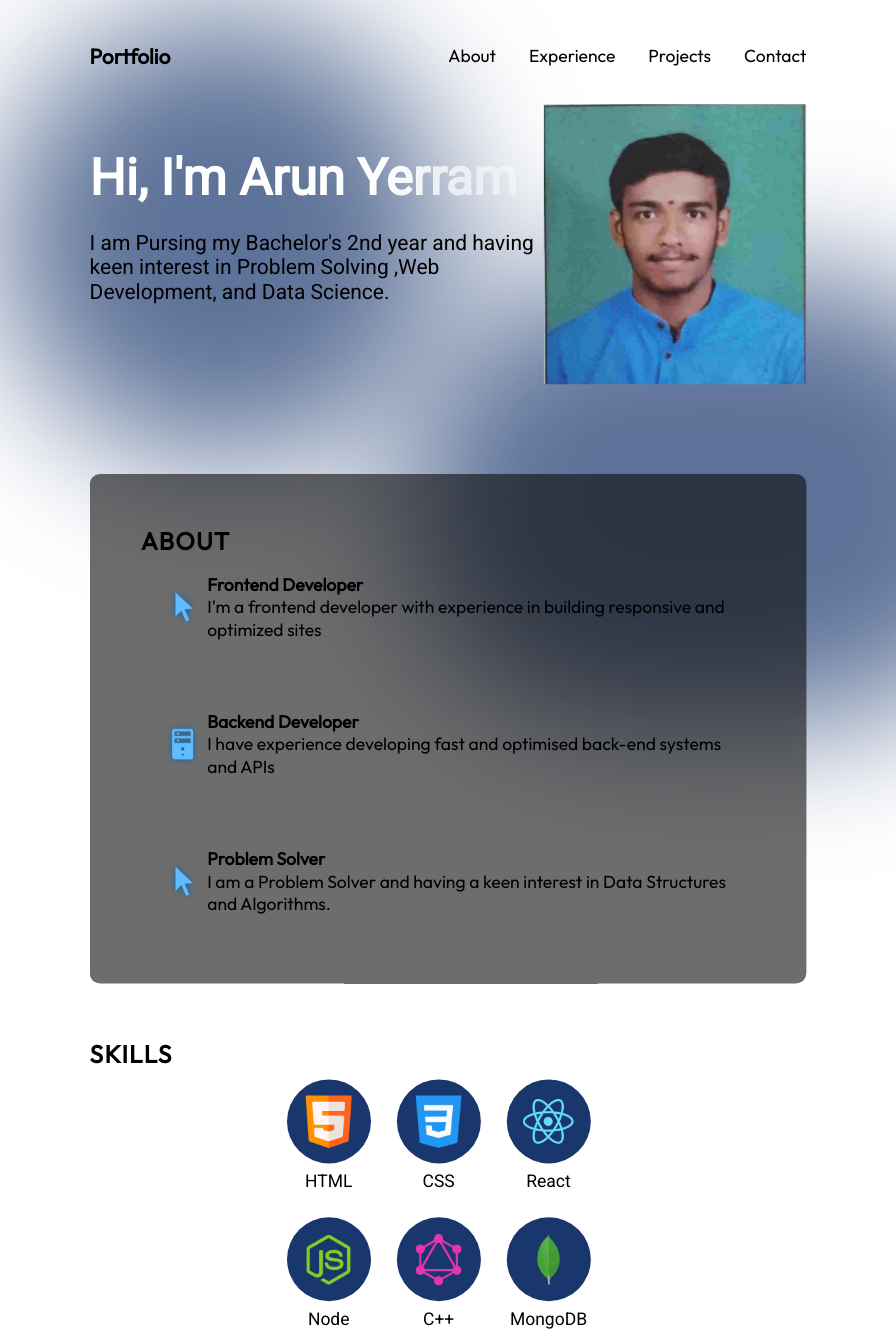
Repository: ARUN-YERRAM/Arun-Yerram-s-Portfolio-Website
Page: /
The author's editor kept a copy of each file at every save. The page is drawn from the files as they stood at one save, then again after the next save.
The browser window is 1280 px wide. The pictures show the part of the page from y = 0 to 1920 px (the page is 3466 px tall before and 3445 px after), at 70% of full size.
The project was rebuilt for these pictures with package versions that can differ from the ones it lists, and the page was loaded fresh each time. Also part of the build but not shown: vite.config.js.

Above is the page before, as saved 2024-07-07 00:28:47.

### index.html
<!DOCTYPE html>
<html lang="en">
  <head>
    <meta charset="UTF-8" />
    <link rel="icon" type="image/png" href="/Passport1.jpg" />
    <meta name="viewport" content="width=device-width, initial-scale=1.0" />
    <title>Arun Yerram's Portfolio</title>
  </head>
  <body>
    <div id="root"></div>
    <script type="module" src="./docs/src/main.jsx"></script>
  </body>
</html>

### docs/src/main.jsx
// import React from "react";
// import ReactDOM from "react-dom/client";
// import App from "./App.jsx";
// import "./index.css";

// import "@fontsource/outfit";
// import "@fontsource/roboto";

// ReactDOM.createRoot(document.getElementById("root")).render(
//   <React.StrictMode>
//     <App />
//   </React.StrictMode>
// );


import React from 'react';
import ReactDOM from 'react-dom/client';
import App from './App.jsx';
import './index.css'; // Ensure this file exists in docs/src
import '@fontsource/outfit';
import '@fontsource/roboto';

const root = ReactDOM.createRoot(document.getElementById('root'));
root.render(<App />);

### docs/src/App.jsx
import React, { useState } from 'react';
import styles from './App.module.css';
import { About } from '../components/About/About';
import { CodingProfiles } from '../components/CodingProfiles/CodingProfiles';
import { Contact } from '../components/Contact/Contact';
import { Experience } from '../components/Experience/Experience';
import { Hero } from '../components/Hero/Hero';
import { Navbar } from '../components/Navbar/Navbar';
import { Projects } from '../components/Projects/Projects';

const App = () => {
  const [darkMode, setDarkMode] = useState(false);

  const toggleDarkMode = () => {
    setDarkMode(!darkMode);
    document.body.classList.toggle('dark-mode'); // Toggle dark-mode class on body
  };

  return (
    <div className={`${styles.App} ${darkMode ? styles.darkMode : ''}`}>
      <Navbar />
      <Hero />
      <About />
      <Experience />
      <Projects />
      <CodingProfiles />
      <Contact />
      <button className={styles.darkModeToggle} onClick={toggleDarkMode}>
        {darkMode ? 'Light Mode' : 'Dark Mode'}
      </button>
    </div>
  );
};

export default App;

### docs/src/App.module.css

/* styles.css */
@import '../vars.css';

.App {
  background: var(--color-fancy-bg-dark);
  width: 100%;
  height: 100%;
  overflow: hidden;
}

/* Global styles */
body {
  font-family: Arial, sans-serif;
  background-color: var(--color-light-bg); /* Light mode background */
  color: var(--color-text); /* Text color */
  transition: background-color 0.3s ease, color 0.3s ease; /* Smooth transition */
}

/* Dark mode */
body.dark-mode {
  background-color: var(--color-dark-bg); /* Dark mode background */
  color: var(--color-text-light); /* Light text color */
}

/* Example component styling */
.container {
  background-color: var(--color-primary); /* Component background */
  color: var(--color-text); /* Component text color */
  padding: 20px;
  border-radius: 10px;
  box-shadow: 0 4px 8px rgba(0, 0, 0, 0.1);
  transition: background-color 0.3s ease, color 0.3s ease; /* Smooth transition */
}

.container.dark-mode {
  background-color: var(--color-secondary); /* Dark mode component background */
  color: var(--color-text-light); /* Light text color */
}

### docs/components/About/About.jsx
import React from "react";

import styles from "./About.module.css";
import { getImageUrl } from "../../utils";

export const About = () => {
  return (
    <section className={styles.container} id="about">
      <h2 className={styles.title}>About</h2>
      <div className={styles.content}>
        {/* <img
          src={getImageUrl("about/aboutImage.png")}
          alt="Me sitting with a laptop"
          className={styles.aboutImage}
        /> */}
        <ul className={styles.aboutItems}>
          <li className={styles.aboutItem}>
            <img src={getImageUrl("about/cursorIcon.png")} alt="Cursor icon" />
            <div className={styles.aboutItemText}>
              <h3>Frontend Developer</h3>
              <p>
                I'm a frontend developer with experience in building responsive
                and optimized sites
              </p>
            </div>
          </li>

          <li className={styles.aboutItem}>
            <img src={getImageUrl("about/serverIcon.png")} alt="Server icon" />
            <div className={styles.aboutItemText}>
              <h3>Backend Developer</h3>
              <p>
                I have experience developing fast and optimised back-end systems
                and APIs
              </p>
            </div>
          </li>

          <li className={styles.aboutItem}>
            <img src={getImageUrl("about/cursorIcon.png")} alt="UI icon" />
            <div className={styles.aboutItemText}>
              {/* <h3>UI Designer</h3> */}
              <h3>Problem Solver</h3>
              <p>
                {/* I have designed multiple landing pages and have created design */}
                {/* systems as well */}
                I am a Problem Solver and having a keen interest in Data Structures and Algorithms.
              </p>
            </div>
          </li>

        </ul>
      </div>
    </section>
  );
};

### docs/components/CodingProfiles/CodingProfiles.jsx
import React from "react";
import styles from "./CodingProfiles.module.css";
import profiles from "../../data/codingprofiles.json";

export const CodingProfiles = () => {
  return (
    <section className={`${styles.container} ${styles.animatedBackground}`}>
      <div className={styles.content}>
        <h2 className={styles.title}>Coding Profiles</h2>
        <p className={styles.description}>
          Check out my coding profiles on various platforms!
        </p>
      </div>
      <ul className={styles.links}>
        {profiles.map((profile, id) => (
          <li key={id} className={styles.link}>
            <a href={profile.url} target="_blank" rel="noopener noreferrer">
              {profile.name}
            </a>
          </li>
        ))}
      </ul>
    </section>
  );
};

### docs/components/Contact/Contact.jsx
import React from "react";

import styles from "./Contact.module.css";
import { getImageUrl } from "../../utils";

export const Contact = () => {
  return (
    <footer id="contact" className={styles.container}>
      <div className={styles.text}>
        <h2>Contact</h2>
        <p>Feel free to reach out!</p>
      </div>
      <ul className={styles.links}>
        <li className={styles.link}>
          <img src={getImageUrl("contact/emailIcon.png")} alt="Email icon" />
          <a href="">arunyerram12022005@gmail.com</a>
        </li>
        <li className={styles.link}>
          <img
            src={getImageUrl("contact/linkedinIcon.png")}
            alt="LinkedIn icon"
          />
          <a href="https://www.linkedin.com/in/arun-yerram/">linkedin.com/ArunYerram</a>
        </li>
        <li className={styles.link}>
          <img src={getImageUrl("contact/githubIcon.png")} alt="Github icon" />
          <a href="https://github.com/ARUN-YERRAM">github.com/ArunYerram</a>
        </li>
      </ul>
    </footer>
  );
};

### docs/components/Experience/Experience.jsx
import React from "react";

import styles from "./Experience.module.css";
import skills from "../../data/skills.json";
import history from "../../data/history.json";
import { getImageUrl } from "../../utils";

export const Experience = () => {
  return (
    <section className={styles.container} id="experience">
      <h2 className={styles.title}>Skills</h2>
      <div className={styles.content}>
        <div className={styles.skills}>
          {skills.map((skill, id) => {
            return (
              <div key={id} className={styles.skill}>
                <div className={styles.skillImageContainer}>
                  <img src={getImageUrl(skill.imageSrc)} alt={skill.title} />
                </div>
                <p>{skill.title}</p>
              </div>
            );
          })}
        </div>

      </div>
    </section>
  );
};

### docs/components/Hero/Hero.jsx
import React from "react";

import styles from "./Hero.module.css";
import { getImageUrl } from "../../utils";


export const Hero = () => {
  return (
    <section className={styles.container}>
      <div className={styles.content}>
        <h1 className={styles.title}>Hi, I'm Arun Yerram</h1>
        <p className={styles.description}>
          {/* I'm a full-stack developer with 5 years of experience using React and */}
          {/* NodeJS. Reach out if you'd like to learn more! */}
          I am Pursing my Bachelor's 2nd year and having keen interest in Problem Solving ,Web Development, and Data Science.

        </p>
        {/* <a href="mailto:arunyerram12022005@email.com" className={styles.contactBtn}>
          Contact Me
        </a> */}
      </div>
      <img
        src={getImageUrl("hero/Passport1.jpg")}
        alt="Hero image of me"
        className={styles.heroImg}
        width="50px"
        height="400px"
      />
      <div className={styles.topBlur} />
      <div className={styles.bottomBlur} />
    </section>
  );
};

### docs/components/Navbar/Navbar.jsx
import React, { useState } from "react";

import styles from "./Navbar.module.css";
import { getImageUrl } from "../../utils";

export const Navbar = () => {
  const [menuOpen, setMenuOpen] = useState(false);

  return (
    <nav className={styles.navbar}>
      <a className={styles.title} href="/">
        Portfolio
      </a>
      <div className={styles.menu}>
        <img
          className={styles.menuBtn}
          src={
            menuOpen
              ? getImageUrl("nav/closeIcon.png")
              : getImageUrl("nav/menuIcon.png")
          }
          alt="menu-button"
          onClick={() => setMenuOpen(!menuOpen)}
        />
        <ul
          className={`${styles.menuItems} ${menuOpen && styles.menuOpen}`}
          onClick={() => setMenuOpen(false)}
        >
          <li>
            <a href="#about">About</a>
          </li>
          <li>
            <a href="#experience">Experience</a>
          </li>
          <li>
            <a href="#projects">Projects</a>
          </li>
          <li>
            <a href="#contact">Contact</a>
          </li>
        </ul>
      </div>
    </nav>
  );
};

### docs/vars.css
/* vars.css */
:root {
  /* Light Theme */
  --color-text: #000;
  --color-primary: #576cbc;
  --color-secondary: #19376d;
  --color-dark: #0b2447;
  --color-bg: #fff; /* Light background */

  /* Fonts */
  --font-roboto: "Roboto";
}

[data-theme='dark'] {
  /* Dark Theme */
  --color-text: #fff;
  --color-primary: #576cbc;
  --color-secondary: #19376d;
  --color-dark: #0b2447;
  --color-bg: #3e2723; /* Dark brown background */
}

### docs/components/About/About.module.css
/* @import ".../vars.css"; */
@import '../../vars.css';

.container {
  position: relative;
  background-color: rgba(12, 12, 12, 0.6);
  border-radius: 15px;
  padding: 73px;
  margin-top: 129px;
  z-index: 1;
  margin-left: 10%;
  margin-right: 10%;
  transition: background-color 0.4s ease-in-out; /* Smooth transition for background color */
}

.title {
  color: var(--color-text);
  font-size: 35px;
  font-weight: 700;
  letter-spacing: 1.75px;
  text-transform: uppercase;
}

.content {
  display: flex;
  flex-direction: row;
  align-items: center;
}

.aboutImage {
  width: 35%;
}

.aboutItems {
  color: var(--color-text);
  display: flex;
  flex-direction: column;
  gap: 50px;
}

.aboutItem {
  display: flex;
  flex-direction: row;
  align-items: center;
  border-radius: 20px;
  list-style: none;
  padding: 25px;
  background-image: linear-gradient(
    90deg,
    rgba(165, 215, 232, 0.42) 0%,
    rgba(255, 255, 255, 0) 100%
  );
  background-size: 0 100%;
  background-repeat: no-repeat;
  transition: background-size 0.4s ease-in-out; /* Smooth transition for background size */
}

.aboutItem:hover {
  background-size: 100% 100%;
}

.aboutItem h3 {
  font-size: 25px;
  font-weight: 600;
  transition: color 0.4s ease-in-out; /* Smooth transition for text color */
}

.aboutItem p {
  font-size: 25px;
}

@media screen and (max-width: 830px) {
  .container {
    background-color: transparent;
    padding-left: 0;
    padding-right: 0;
  }

  .content {
    flex-direction: column;
  }

  .aboutImage {
    display: none;
  }

  .aboutItems {
    margin-top: 29px;
  }

  .aboutItem {
    padding-left: 0;
    padding-right: 0;
  }
}

### docs/components/CodingProfiles/CodingProfiles.module.css
/* CodingProfiles.module.css */

.container {
  padding: 20px;
  border-radius: 8px;
  background-color: var(--color-dark); /* Dark background */
}

.content {
  text-align: center;
  margin-bottom: 20px;
  color: var(--color-text); /* Light text */
}

.title {
  font-size: 2em;
  margin-bottom: 10px;
  color: var(--color-text); /* Light text */
}

.description {
  font-size: 1.2em;
  color: var(--color-primary); /* Primary color text */
}

.links {
  list-style: none;
  padding: 0;
  display: flex;
  flex-wrap: wrap;
  justify-content: center;
}

.link {
  margin: 10px;
  font-size: 1.2em;
  color: var(--color-primary); /* Primary color text */
}

.animatedBackground {
  background: linear-gradient(270deg, #3e2723, #4e342e, #3e2723, #4e342e); /* Dark animated background */
  background-size: 400% 400%;
  animation: gradientAnimation 15s ease infinite;
}

@keyframes gradientAnimation {
  0% {
    background-position: 0% 50%;
  }
  50% {
    background-position: 100% 50%;
  }
  100% {
    background-position: 0% 50%;
  }
}

### docs/components/Contact/Contact.module.css
/* @import ".../vars.css"; */
@import '../../vars.css';

.container {
  color: var(--color-text);
  margin-top: 120px;
  background-color: var(--color-secondary);
  display: flex;
  flex-direction: row;
  justify-content: space-evenly;
  width: 100vw;
  padding: 58px 10%;
  gap: 10px;
  transition: background-color 0.3s ease-in-out; /* Smooth background color transition */
}

.text h2 {
  font-size: 80px;
  font-weight: 700;
  letter-spacing: 4px;
  transition: color 0.3s ease-in-out; /* Smooth text color transition */
}

.text p {
  font-size: 40px;
  font-weight: 400;
  letter-spacing: 2px;
  transition: color 0.3s ease-in-out; /* Smooth text color transition */
}

.links {
  display: flex;
  flex-direction: column;
  align-items: flex-start;
  list-style: none;
  gap: 26px;
}

.link {
  display: flex;
  align-items: center;
  gap: 25px;
}

.link a {
  color: var(--color-text);
  text-decoration: none;
  font-size: 30px;
  font-weight: 400;
  letter-spacing: 1.5px;
  transition: color 0.3s ease-in-out; /* Smooth text color transition */
}

.link a:hover {
  color: var(--color-primary); /* Change text color on hover */
}

@media screen and (max-width: 830px) {
  .container {
    flex-direction: column;
    gap: 23px;
    padding: 40px 10%; /* Adjust padding for smaller screens */
  }

  .text {
    display: flex;
    flex-direction: column;
    align-items: center;
  }

  .links {
    align-items: center;
  }
}

### docs/components/Navbar/Navbar.module.css
/* @import ".../vars.css"; */
@import '../../vars.css';

.navbar {
  position: relative;
  display: flex;
  align-items: center;
  justify-content: space-between;
  padding-top: 61px;
  z-index: 2;
  margin: 0 10%;
}

.title {
  font-size: 30px;
  font-weight: 600;
  text-decoration: none;
  color: var(--color-text);
}

.menuBtn {
  display: none;
}

.menu {
  display: flex;
}

.menuItems {
  display: flex;
  gap: 47px;
  list-style: none;
}

.menuItems a {
  font-size: 25px;
  color: var(--color-text);
  text-decoration: none;
  transition: color 0.3s ease-in-out; /* Smooth text color transition */
}

.menuItems a:hover {
  color: var(--color-primary); /* Change text color on hover */
}

@media screen and (max-width: 830px) {
  .navbar {
    flex-direction: column;
    align-items: flex-start;
  }

  .menu {
    position: absolute;
    right: 0;
    margin-right: 10%;
    flex-direction: column;
    align-items: flex-end;
    gap: 11px;
    z-index: 3;
  }

  .menuBtn {
    display: block;
    cursor: pointer;
    z-index: 4;
  }

  .menuItems {
    display: none;
    position: absolute;
    top: 100%;
    right: 10%;
    flex-direction: column;
    align-items: center;
    gap: 13px;
    border-radius: 10px;
    background: rgb(25, 55, 109);
    background: linear-gradient(
      0deg,
      rgba(25, 55, 109, 0.2) 0%,
      rgba(25, 55, 109, 1) 100%
    );
    padding: 24px 33px;
    box-shadow: 0 0 4px 0 rgba(0, 0, 0, 0.25);
    z-index: 2;
    opacity: 0;
    pointer-events: none;
    transition: opacity 0.3s ease-in-out; /* Smooth opacity transition */
  }

  .menuOpen .menuItems {
    display: flex;
    opacity: 1;
    pointer-events: auto;
  }
}

### docs/components/Projects/Projects.module.css
/* @import "../../vars.css"; */
@import '../../vars.css';

.container {
  margin-top: 76px;
  color: var(--color-text);
  margin-left: 10%;
  margin-right: 10%;
}

.title {
  font-size: 35px;
  font-weight: 700;/* @import "../../vars.css"; */
  @import '../../vars.css';

  .container {
    margin-top: 76px;
    color: var(--color-text);
    margin-left: 10%;
    margin-right: 10%;
  }

  .title {
    font-size: 35px;
    font-weight: 700;
    letter-spacing: 1.75px;
    text-transform: uppercase;
    color: var(--color-primary); /* Darken the title color */
  }

  .projects {
    margin-top: 37px;
    display: flex;
    flex-direction: row;
    flex-wrap: wrap;
    align-items: center;
    justify-content: center;
    gap: 15px;
    width: 100%;
  }

  .projectCard {
    background-color: var(--color-secondary); /* Dark background color */
    color: var(--color-text);
    border-radius: 10px;
    padding: 20px;
    width: 300px;
    box-shadow: 0 4px 8px rgba(0, 0, 0, 0.2);
    transition: transform 0.3s ease-in-out, box-shadow 0.3s ease-in-out; /* Smooth transition */
  }

  .projectCard:hover {
    transform: translateY(-5px); /* Lift card on hover */
    box-shadow: 0 8px 16px rgba(0, 0, 0, 0.3); /* Darker shadow on hover */
  }

  .projectTitle {
    font-size: 24px;
    font-weight: 600;
    margin-bottom: 10px;
  }

  .projectDescription {
    font-size: 18px;
    line-height: 1.5;
  }

  .projectLink {
    font-size: 20px;
    color: var(--color-primary); /* Link color */
    text-decoration: none;
    transition: color 0.3s ease-in-out; /* Smooth color transition */
  }

  .projectLink:hover {
    color: var(--color-primary-dark); /* Darker link color on hover */
  }

  letter-spacing: 1.75px;
  text-transform: uppercase;
}

.projects {
  margin-top: 37px;
  display: flex;
  flex-direction: row;
  flex-wrap: wrap;
  align-items: center;
  justify-content: center;
  gap: 15px;
  width: 100%;
}

### docs/components/Projects/ProjectCard.jsx
import React from "react";

import styles from "./ProjectCard.module.css";
import { getImageUrl } from "../../utils";

export const ProjectCard = ({
  project: { title, imageSrc, description, skills, demo, source },
}) => {
  return (
    <div className={styles.container}>
      <img
        src={getImageUrl(imageSrc)}
        alt={`Image of ${title}`}
        className={styles.image}
      />
      <h3 className={styles.title}>{title}</h3>
      <p className={styles.description}>{description}</p>
      <ul className={styles.skills}>
        {skills.map((skill, id) => (
          <li key={id} className={styles.skill}>
            {skill}
          </li>
        ))}
      </ul>
      <div className={styles.links}>
        <a href={demo} className={styles.link} target="_blank" rel="noopener noreferrer">
          Demo
        </a>
        <a href={source} className={styles.link} target="_blank" rel="noopener noreferrer">
          Source
        </a>
      </div>
    </div>
  );
};

### docs/components/Projects/ProjectCard.module.css
/* @import "../../vars.css"; */
@import '../../vars.css';

.container {
  display: flex;
  flex-direction: column;
  border-radius: 10px;
  background: linear-gradient(180deg, #576cbc 0%, #132a53 100%);
  box-shadow: 0 16px 14px 0 #04152d;
  padding: 18px 24px;
  max-width: 345px;
}

.image {
  margin-bottom: 26px;
}

.title {
  font-size: 25px;
  font-weight: 700;
  color: var(--color-text); /* Text color */
}

.description {
  margin-top: 6px;
  font-size: 20px; /* Adjusted font size */
  font-weight: 400;
  color: var(--color-text-light); /* Lighter text color */
}

.skills {
  width: 100%;
  margin-top: 14px;
  display: flex;
  flex-direction: row;
  flex-wrap: wrap;
  gap: 6px;
  list-style: none;
}

.skill {
  font-size: 18px; /* Adjusted font size */
  font-weight: 400;
  border-radius: 100px;
  background: var(--color-primary-dark); /* Darker background */
  padding: 2px 22px;
  color: var(--color-text); /* Text color */
}

.links {
  width: 100%;
  margin-top: 26px;
  display: flex;
  justify-content: space-around;
}

.link {
  text-decoration: none;
  color: var(--color-text); /* Text color */
  font-size: 20px; /* Adjusted font size */
  font-weight: 600;
  border-radius: 100px;
  background: var(--color-secondary); /* Secondary color */
  padding: 1px 22px;
  transition: background-color 0.3s ease-in-out; /* Smooth transition */
}

.link:hover {
  background-color: var(--color-secondary-dark); /* Darker background on hover */
}

Loaded but not shown: docs/src/index.css (common file); docs/components/Projects/Projects.jsx (common file); docs/data/projects.json (18 lines, source omitted); docs/data/skills.json (34 lines, source omitted); docs/data/history.json (29 lines, source omitted); docs/data/codingprofiles.json (20 lines, source omitted); docs/utils.js (7 lines, source omitted); docs/components/Experience/Experience.module.css (138 lines, source omitted); docs/components/Hero/Hero.module.css (125 lines, source omitted)

After the next save:
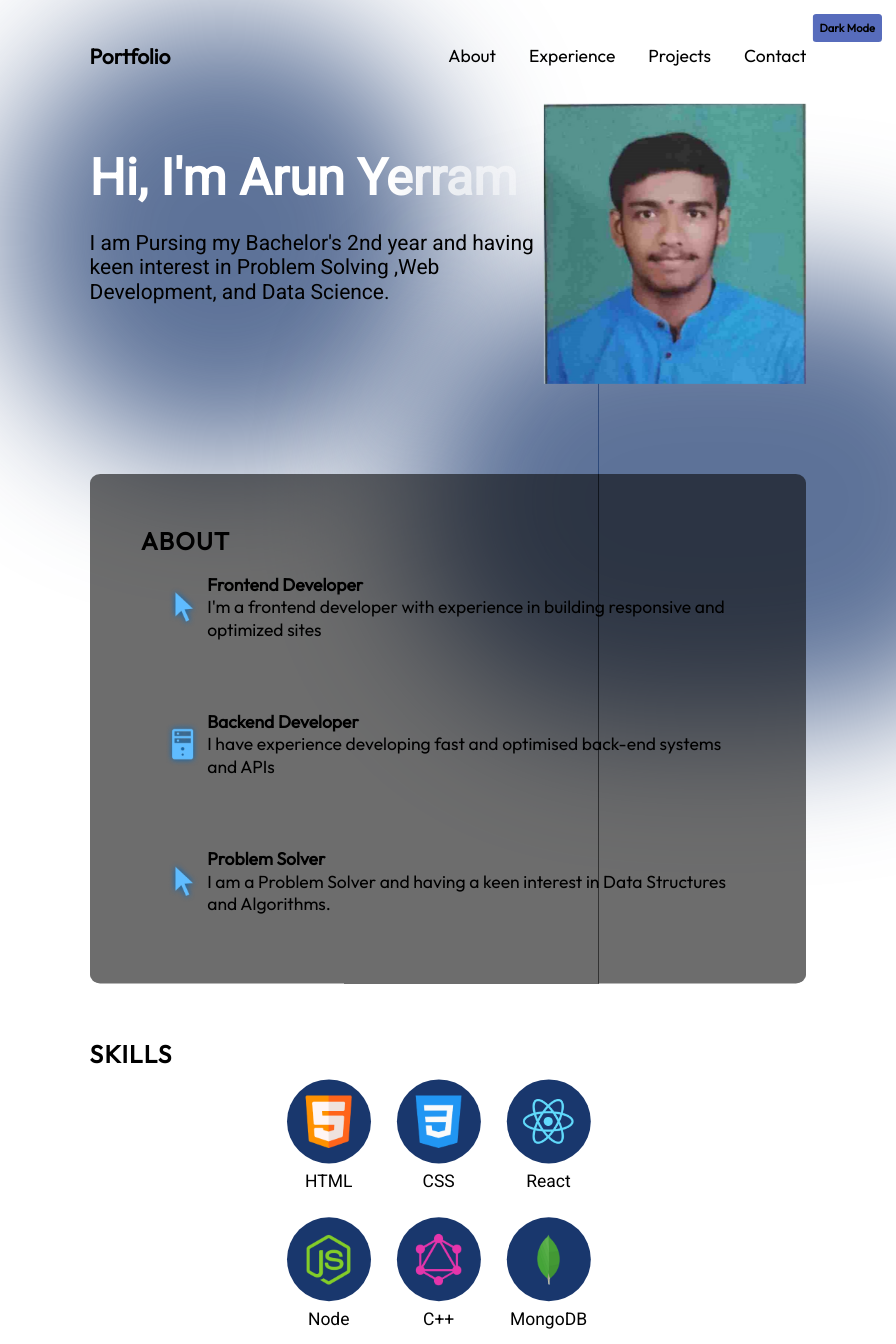
Saved 45 s later.
--- a/docs/src/App.module.css
+++ b/docs/src/App.module.css
@@ -37,3 +37,42 @@
   background-color: var(--color-secondary); /* Dark mode component background */
   color: var(--color-text-light); /* Light text color */
 }
+
+
+/* Import variables */
+@import '../vars.css';
+
+/* Global styles */
+body {
+  font-family: Arial, sans-serif;
+  transition: background-color 0.3s ease, color 0.3s ease; /* Smooth transition */
+}
+
+.App {
+  width: 100%;
+  height: 100%;
+  overflow: hidden;
+}
+
+.darkMode {
+  background-color: var(--color-dark-bg); /* Dark mode background */
+  color: var(--color-text-light); /* Light text color */
+}
+
+.darkModeToggle {
+  position: fixed;
+  top: 20px;
+  right: 20px;
+  padding: 10px;
+  background-color: var(--color-primary); /* Button background color */
+  color: var(--color-text); /* Button text color */
+  border: none;
+  border-radius: 5px;
+  cursor: pointer;
+  font-size: 16px;
+  font-weight: bold;
+}
+
+.darkModeToggle:hover {
+  background-color: var(--color-primary-dark); /* Darker background on hover */
+}
